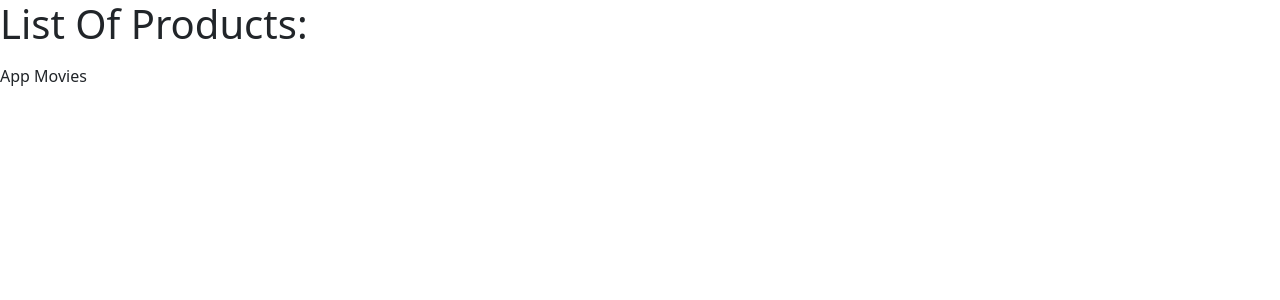
Repository: saargold/reactTest
Page: /movies
These files come from the project's save history. The page is drawn as it stood at one moment and after the next save; the edit follows.
The browser window is 1280 px wide. The pictures show the whole page.
The page's requests for data from a server got no answer. The project was rebuilt for these pictures with package versions that can differ from the ones it lists, and the page was loaded fresh each time. No one was signed in, and anything a server would have sent is missing. Also part of the build but not shown: src/App.css.

Above is the page before, as saved 2022-09-07 12:42:12.

After the next save:
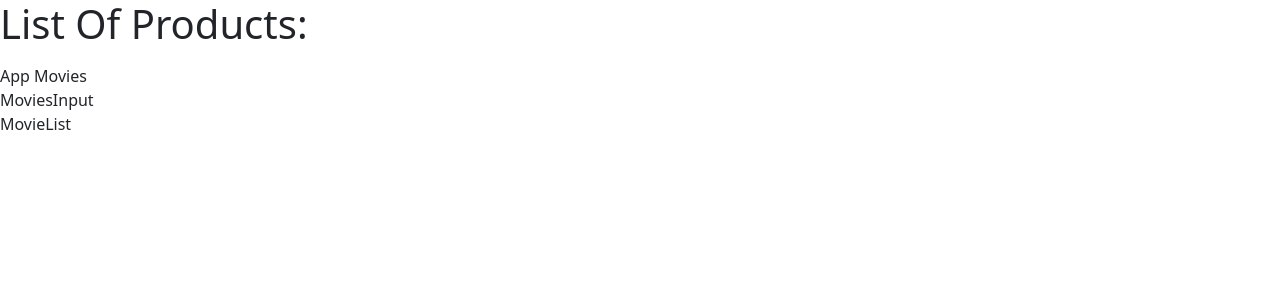
Saved 30 s later.
--- a/src/components/AppMovies.js
+++ b/src/components/AppMovies.js
@@ -1,9 +1,13 @@
 import React from 'react'
+import { MoviesInput } from '../input/MoviesInput'
+import { MovieList } from './MovieList'
 
 function AppMovies() {
   return (
     <div>
       App Movies
+      <MoviesInput/>
+      <MovieList/>
     </div>
   )
 }
